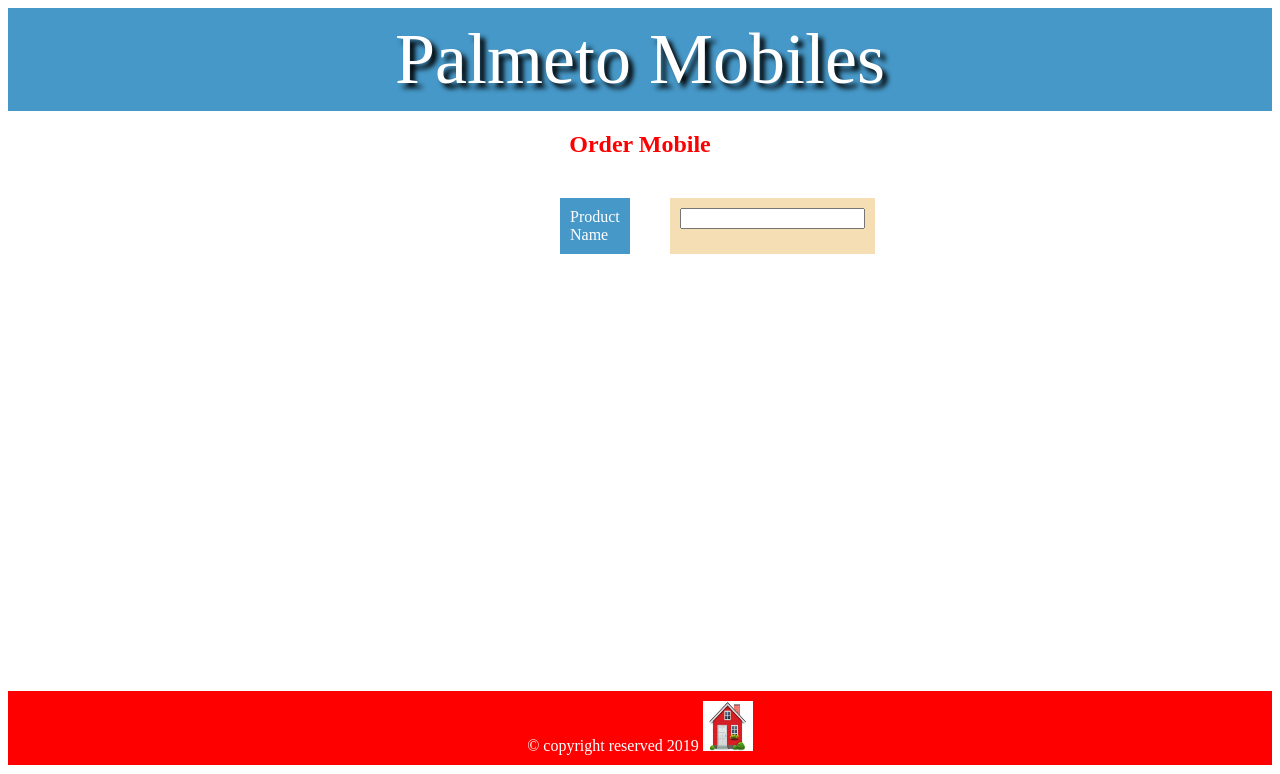
Repository: abhishekj720/HSBCLearn
Page: http://localhost/HtmlCssDemo/order.html
The author's editor kept a copy of each file at every save. The page is drawn from the files as they stood at one save, then again after the next save.
The browser window is 1280 px wide. The pictures show the whole page.
The page is served by Tomcat 9.

Above is the page before, as saved 2019-07-29 10:37:30.

### html/HtmlCssDemo/WebContent/order.html
<!DOCTYPE html>
<html>
<head>
<meta charset="UTF-8" keywords="palmeto, corporate training">
<title>Palmeto - Order</title>
<link href="hsbc.css" rel=stylesheet>
<link href="frm.css" rel=stylesheet>
<link href="images/logo.png" rel="icon">

</head>
<body>
	<header>
		Palmeto Mobiles
	</header>
	<article>
		<h2>Order Mobile</h2>
		<section id="frm2">
		<div class="row">
			<div class="title">Product Name</div>
				<div class="data"><input type="text" name="pname"/>
					<datalist id="plist">
						<option value="samsung galaxy">
						<option value="samsung DUOS">
						<option value="samsung A5">
						<option value="iphone 5c">
						<option value="nokia lumia">
						<option value="nokia 1100">
						<option value="redmi 6pro">
					</datalist>
				</div>
			</div>
		</section>
	</article>
	<footer>
	&copy; copyright reserved 2019
	<a href="home.html"><img src = "images/home.jpg"/>

	</footer>
</body>
</html>

### html/HtmlCssDemo/WebContent/hsbc.css
@charset "UTF-8";
header,footer{
	text-align:center;
}
header{
	background-color:#4698c8;
	color: white;
	text-shadow:5px 5px 5px black;
	font-family:cursive;
	padding:10px;
	font-size:72px;
}
footer{
	background-color:red;
	padding:10px;
	color:white;
	margin-top:10px;
}
footer img{
	height:50px;
	width:50px;
}
article{
	min-height:550px;
}

article h2{
	text-align:center;
	color: red;

}

### html/HtmlCssDemo/WebContent/frm.css
@charset "UTF-8";
#frm{
	margin:0px auto;
	border-collapse:collapse;
}
th,td{
	padding:10px;
}
.title{
	background-color:#4698c8;
	margin:10px;
	border:10px solid white;
	width:100px;
	padding:10px;
	color:white;
}
.data{
	background-color:wheat;
	margin:10px;
	border:10px solid white;
	width:200px;
	padding:10px;
}

.row{
	display:flex;
}
#frm2{
	margin:0px auto;
	width:200px;
}

After the next save:
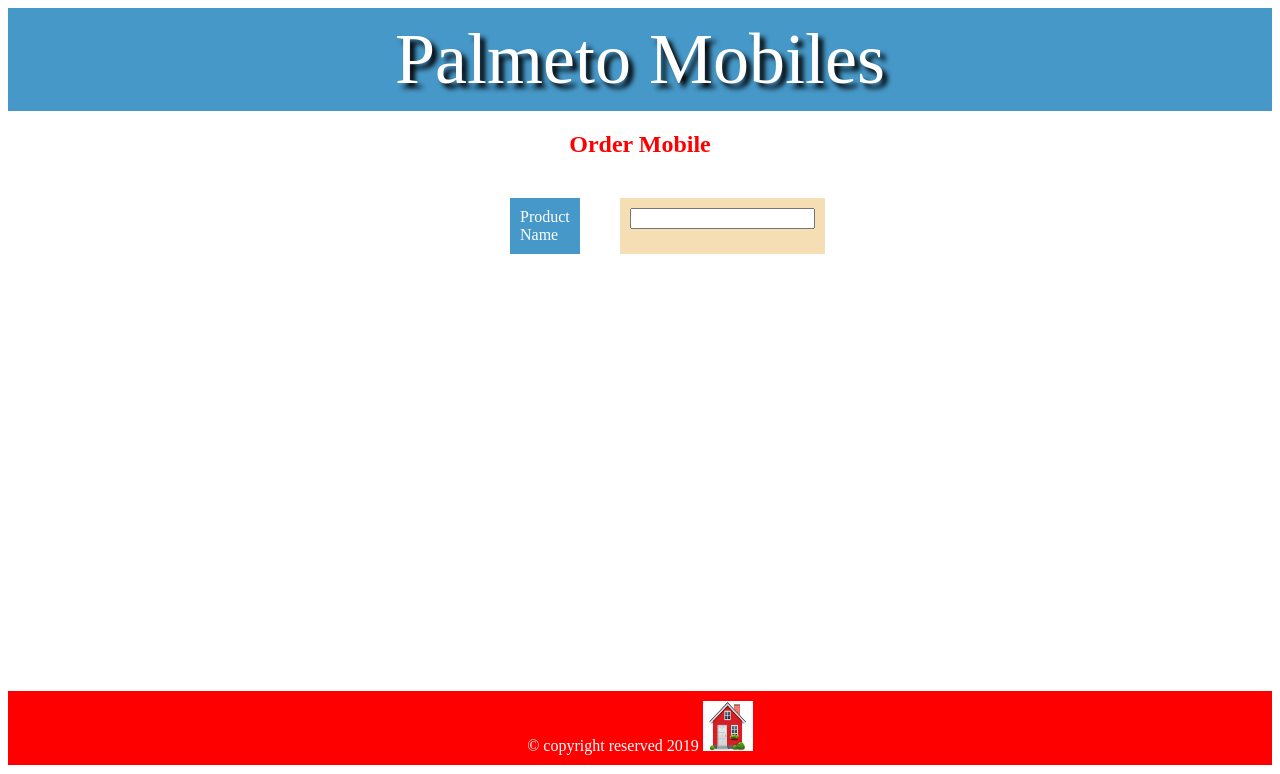
Saved 33 s later.
--- a/html/HtmlCssDemo/WebContent/frm.css
+++ b/html/HtmlCssDemo/WebContent/frm.css
@@ -27,5 +27,5 @@ th,td{
 }
 #frm2{
 	margin:0px auto;
-	width:200px;
+	width:300px;
 }
